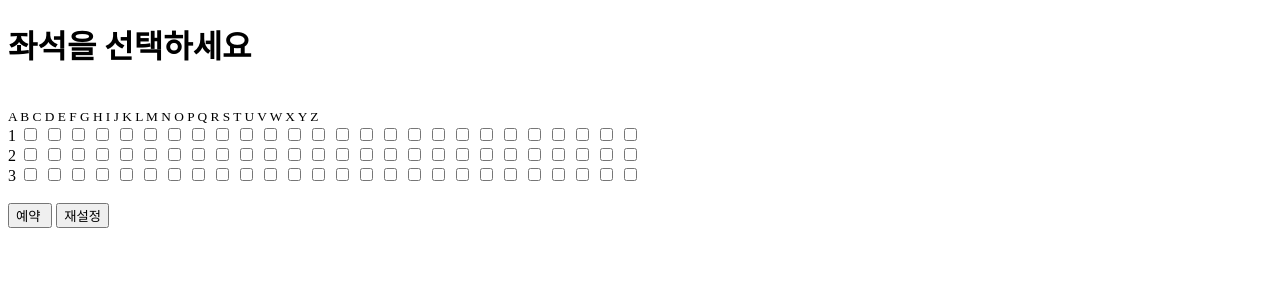
Repository: xxihyun0830/JSP
Page: http://localhost/Day3_getpost/concert_seat.jsp
The author's editor kept a copy of each file at every save. The page is drawn from the files as they stood at one save, then again after the next save.
The browser window is 1280 px wide. The pictures show the whole page.
The page is served by Tomcat 9. Other server files are loaded and not shown.

Above is the page before, as saved 2019-07-11 09:31:39.

### Day3_getpost/WebContent/concert_seat.jsp
<%@ page language="java" contentType="text/html; charset=utf-8"
    pageEncoding="utf-8" import = "java.util.*" %>
<!DOCTYPE html>
<html>
<head>
<meta charset="utf-8">
<title>concert seat</title>
</head>
<body>

<form action = "concert_res.jsp">
<p align = "center">
<h1> 좌석을 선택하세요</h1>
<br>
<%
for(char c= 'A'; c<='Z';c++){ %>
 <small> <%= c %> </small>

<%
 }%>
<br>
<% for(int r= 1; r<=3; r++){  %>
	    <%= r %>
	<%for(int j = 0; j<26 ;j++){ %>
	   <input type = "checkbox" name = "seat_num" >

	<%}%>
	 <br>
<%} %>

<br>

<input type = "submit" value = "예약 ">
<input type = "reset" value = "재설정">

</p>
</form>
</body>
</html>

After the next save:
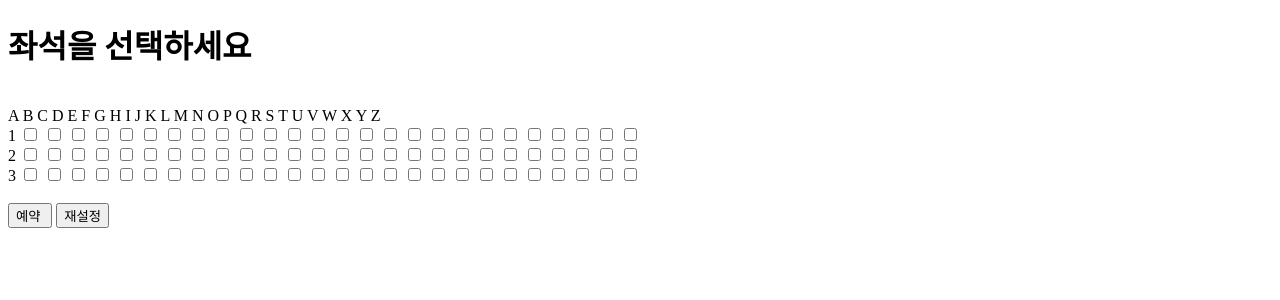
Saved 4 min 3 s later.
--- a/Day3_getpost/WebContent/concert_seat.jsp
+++ b/Day3_getpost/WebContent/concert_seat.jsp
@@ -14,7 +14,7 @@
 <br>
 <%
 for(char c= 'A'; c<='Z';c++){ %>
- <small> <%= c %> </small>
+ <bold> <%= c %> </bold>
 
 <%
  }%>
